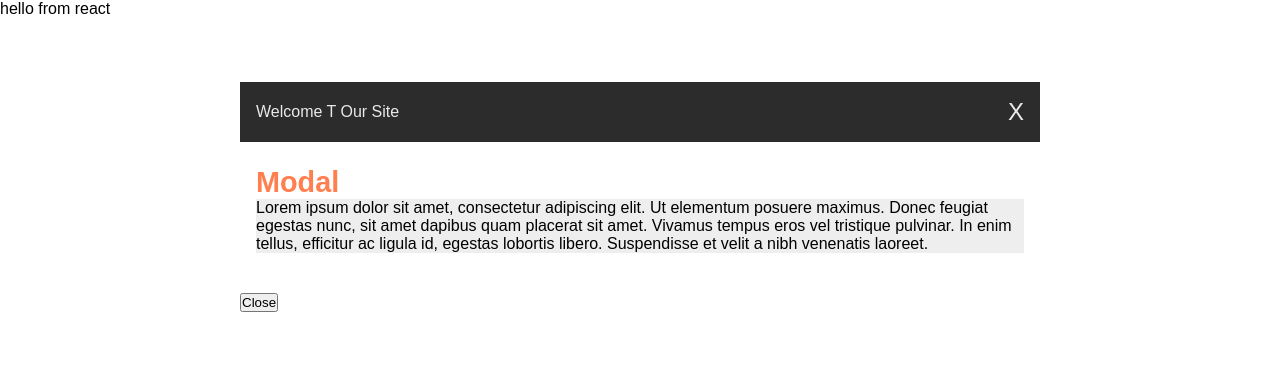
Repository: KrzysKolo/sr_tydzien5_zad1
Page: /
These files come from the project's save history. The page is drawn as it stood at one moment and after the next save; the edit follows.
The browser window is 1280 px wide. The pictures show the whole page.
The project was rebuilt for these pictures with package versions that can differ from the ones it lists, and the page was loaded fresh each time.

Above is the page before, as saved 2020-12-18 13:48:20.

After the next save:
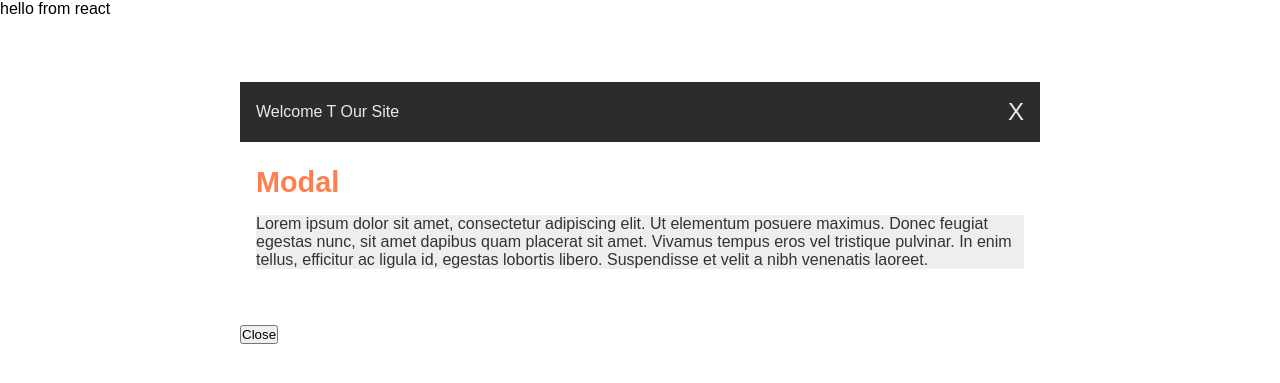
Saved 49 s later.
--- a/src/components/modal/Modal.css
+++ b/src/components/modal/Modal.css
@@ -37,4 +37,6 @@ body {
 .modal-body p {
   font-size: 1rem;
   background-color: #eee;
+  color: #333;
+  margin: 1rem 0 2rem 0;
 }
